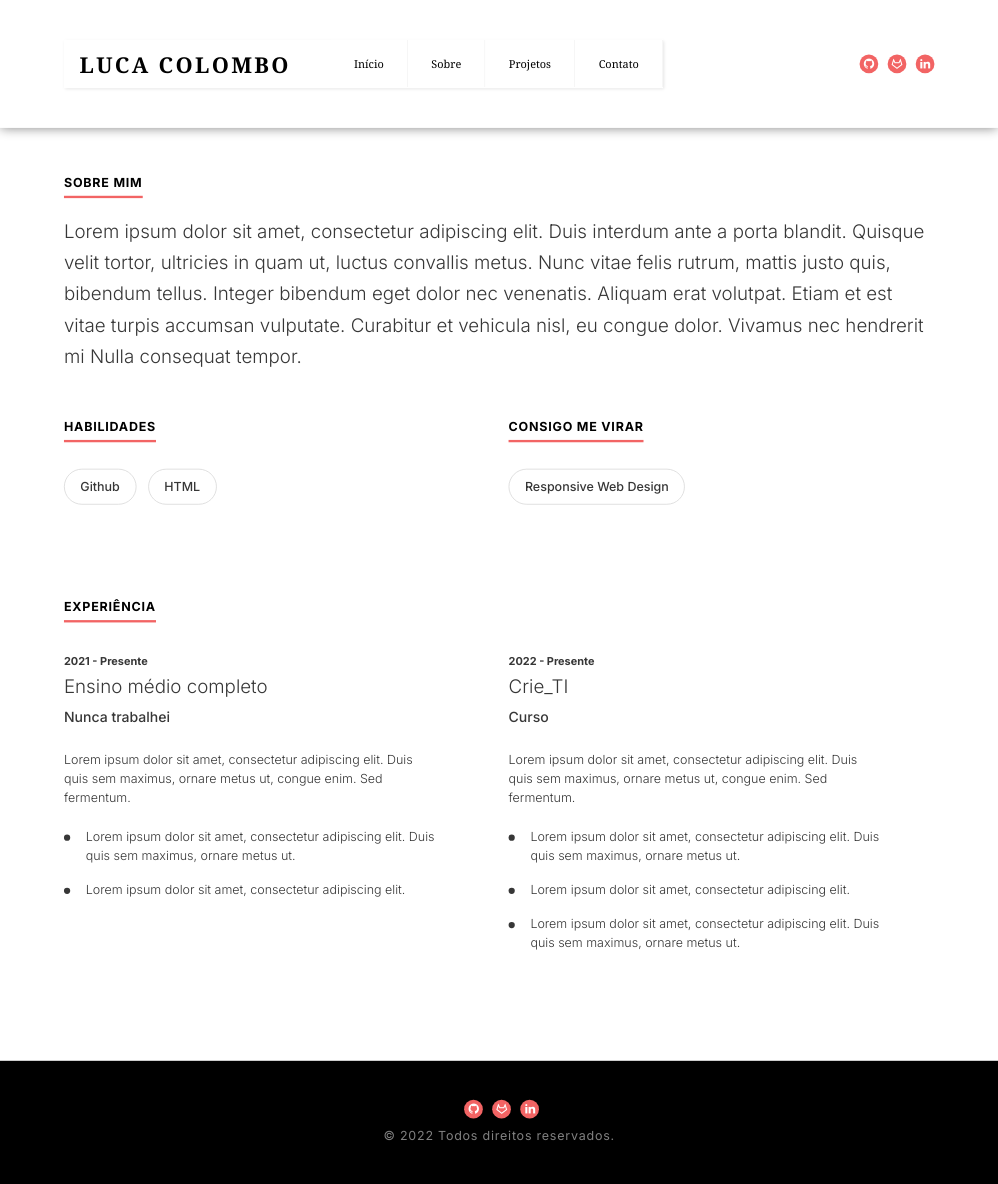
Repository: lxcxcxlxmb/portfolio
Page: sobre.html
The author's editor kept a copy of each file at every save. The page is drawn from the files as they stood at one save, then again after the next save.
The browser window is 1280 px wide. The pictures show the whole page, at 78% of full size.

Above is the page before, as saved 2022-05-25 22:06:58.

After the next save:
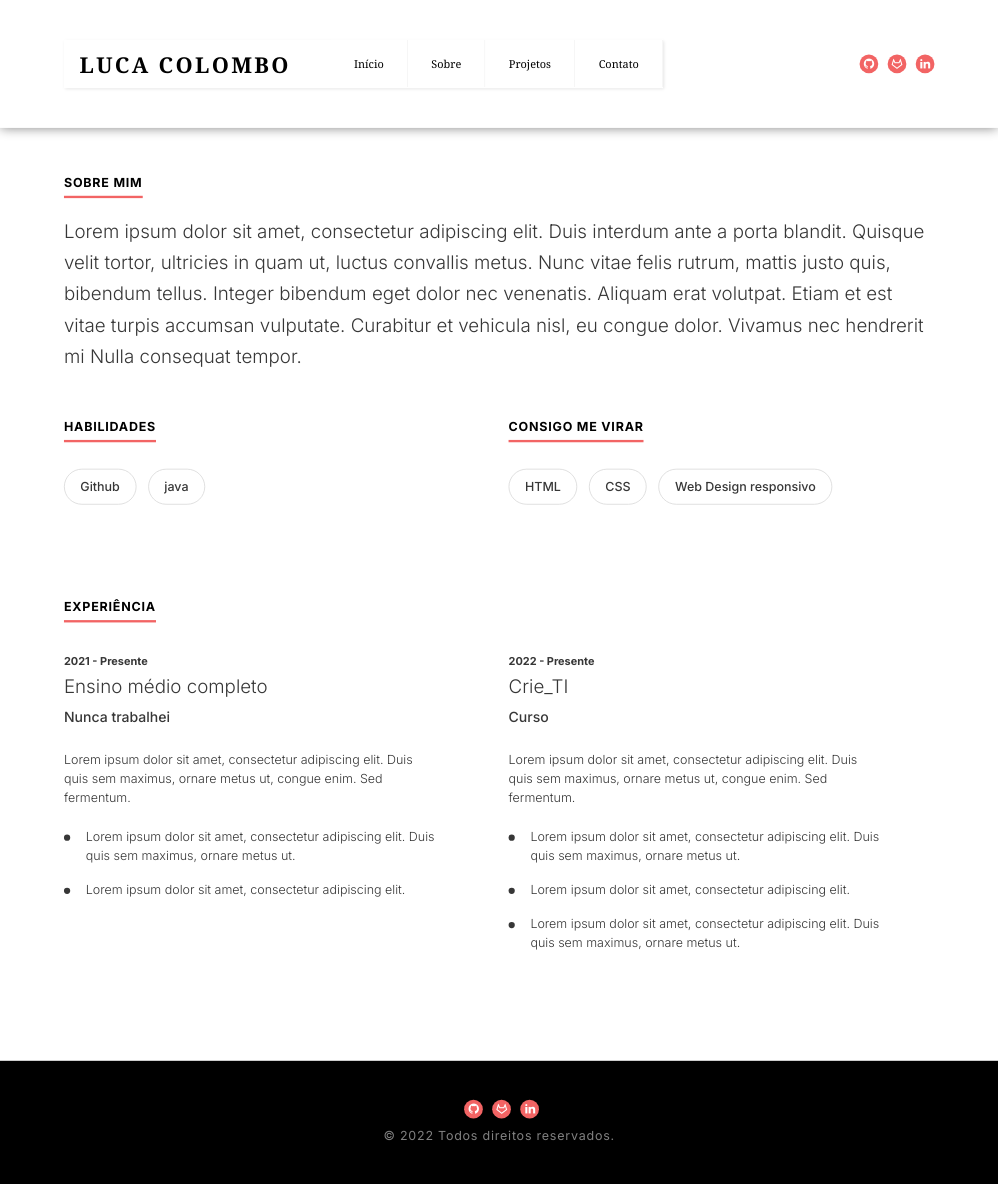
Saved 4 min 18 s later.
--- a/sobre.html
+++ b/sobre.html
@@ -81,13 +81,15 @@
           <h2 class="ds-heading">Habilidades</h2>
           <ul class="ds-skills-list">
             <li>Github</li>
-            <li>HTML</li>
+            <li>java</li>
           </ul>
         </div>
         <div class="col-12 col-sm-12 col-md-6 col-lg-6 col-xl-6 col-xxl-6">
           <h2 class="ds-heading">consigo me virar</h2>
           <ul class="ds-skills-list">
-            <li>Responsive Web Design</li>
+            <li>HTML</li>
+            <li>CSS</li>
+            <li>Web Design responsivo</li>
           </ul>
         </div>
       </div>
